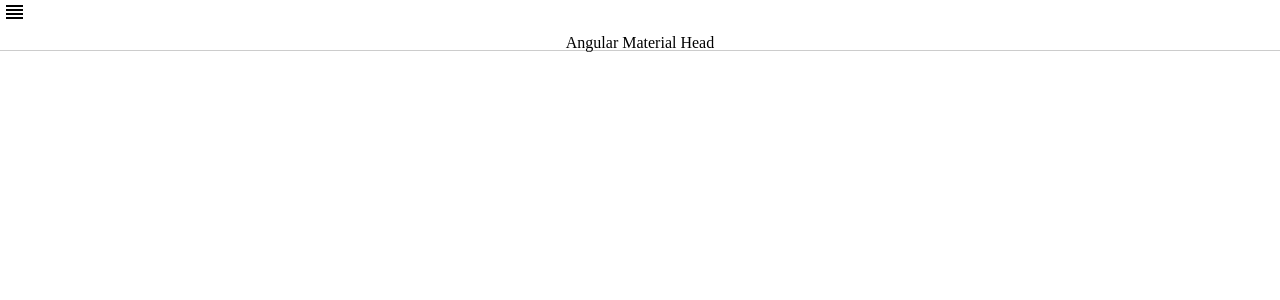
Repository: caltras/web-material
Page: index.html
The author's editor kept a record of every edit. The page is drawn from the files as they stood at one moment, then again after the next edit.
The browser window is 1280 px wide. The pictures show the whole page.

Above is the page before.

After the next edit:
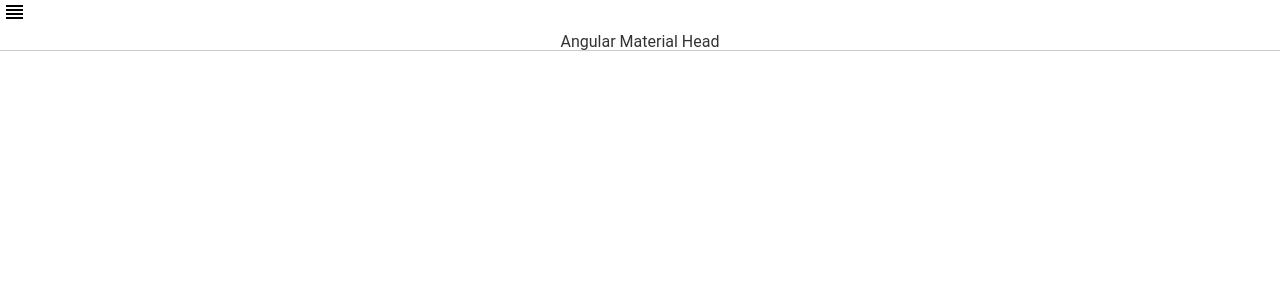
The edit:
--- a/css/webMaterial.css
+++ b/css/webMaterial.css
@@ -1,3 +1,9 @@
+html,body{
+	color: #333;
+    font-family: "RobotoDraft","Roboto",sans-serif;
+    font-size: 1em;
+    line-height: 1em;
+}
 body{
 	margin: auto;
 }
